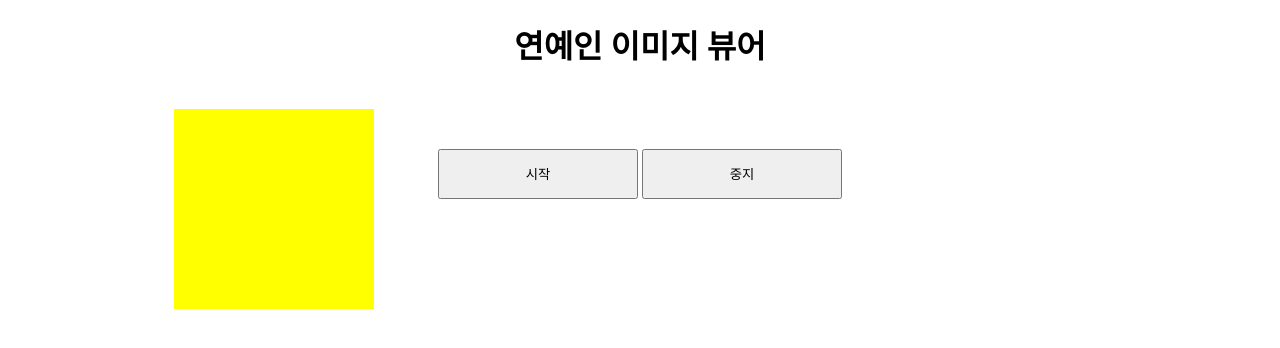
Repository: IreneCho/sk
Page: jqueryTest/WebContent/20160816/animation.html
An editor plug-in stored every save of this project. The page is shown before and after the next save, followed by the edit.
The browser window is 1280 px wide. The pictures show the whole page.

Above is the page before, as saved 2016-08-16 07:47:10.

### jqueryTest/WebContent/20160816/animation.html

<!DOCTYPE html>
<html>
	<head>
	<meta charset="EUC-KR">
	<title>Insert title here</title>
	<style>
		#container{
			width : 80%;
			height : 80%;
			margin : 0 auto;
			text-align: center;
		}

		#imgBox{
			margin:20px;
			padding:20px;
		}

		#imgBox img{
			width:400px;
			height:400px;
		}

		button{
			width: 200px;
			height: 50px;
		}

		#mydiv{
		position: absolute;
		width: 200px;
		height: 200px;
		background-color: yellow;
	}

	</style>
	<script>

	function fn(){
		my = setInterval( wan, 1000 )
	}
	nCnt = 0
	function wan(){

		if( nCnt == 2){
			nCnt = 0
			$("#mydiv").animate({"left":"+=5px"}, "slow");}
		/* else if(){
			$("#mydiv").animate({"left":"+=5px"}, "slow");} */

		nCnt++
	}

	function fn1(){
		clearInterval(my)
	}

	</script>
	</head>
	<body>
		<div id="container">
			<h1>연예인 이미지 뷰어</h1>
			<div id="imgBox">
				<div id="mydiv"></div>
			</div>
			<div id="btnBox">
				<button onclick="fn()">시작</button>
				<button onclick="fn1()">중지</button>
			</div>
		</div>
	</body>
</html>

After the next save:
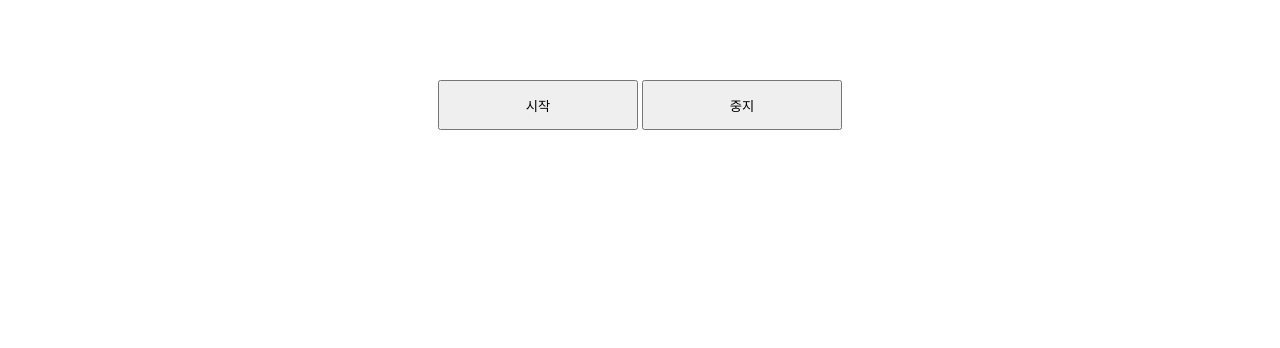
Saved 31 s later.
--- a/jqueryTest/WebContent/20160816/animation.html
+++ b/jqueryTest/WebContent/20160816/animation.html
@@ -45,7 +45,7 @@
 
 		if( nCnt == 2){
 			nCnt = 0
-			$("#mydiv").animate({"left":"+=5px"}, "slow");}
+			$(".mydiv").animate({"left":"+=5px"}, "slow");}
 		/* else if(){
 			$("#mydiv").animate({"left":"+=5px"}, "slow");} */
 
@@ -60,9 +60,8 @@
 	</head>
 	<body>
 		<div id="container">
-			<h1>연예인 이미지 뷰어</h1>
 			<div id="imgBox">
-				<div id="mydiv"></div>
+				<div class="mydiv"></div>
 			</div>
 			<div id="btnBox">
 				<button onclick="fn()">시작</button>
